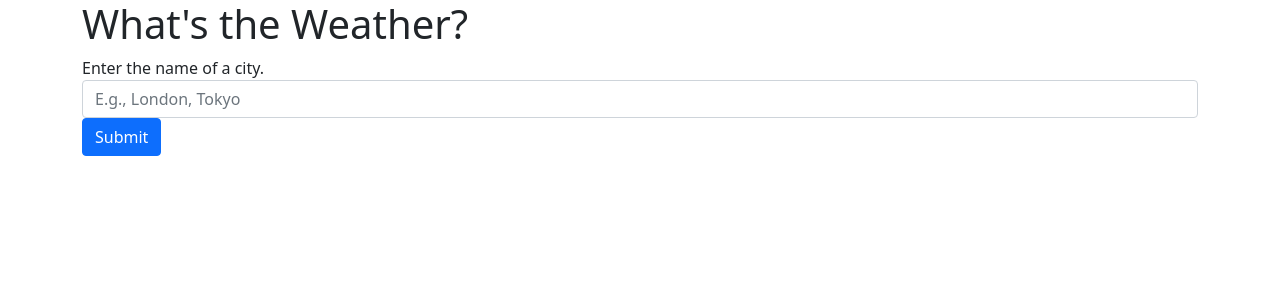
Repository: Ashwin1510/php_projectgh
Page: http://localhost/weather_scrapper.php
The author's editor kept a copy of each file at every save. The page is drawn from the files as they stood at one save, then again after a run of saves.
The browser window is 1280 px wide. The pictures show the whole page.
The page is run by PHP 8.4 with error messages shown; the project is at /var/www/html/.

Above is the page before, as saved 2022-12-15 15:21:30.

### weather_scrapper.php
<!DOCTYPE html>
<html lang="en">
<head>
    <meta charset="UTF-8">
    <meta http-equiv="X-UA-Compatible" content="IE=edge">
    <meta name="viewport" content="width=device-width, initial-scale=1.0">

    <title>weather_scrapper</title>

    <link href="https://cdn.jsdelivr.net/npm/bootstrap@5.1.3/dist/css/bootstrap.min.css"
              rel="stylesheet"
              integrity="sha384-1BmE4kWBq78iYhFldvKuhfTAU6auU8tT94WrHftjDbrCEXSU1oBoqyl2QvZ6jIW3"
              crossorigin="anonymous">

</head>
<body>

<div class="container">
            <h1>What's the Weather?</h1>
            <form>
                <fieldset class="form-group">
                    <label for="city">Enter the name of a city.</label>
                    <input type="text"
                           class="form-control"
                           name="city"
                           id="city"
                           placeholder="E.g., London, Tokyo">

                 </fieldset>
                 <button type="submit" class="btn btn-primary">Submit</button>

</body>
</html>

After the next 2 saves:
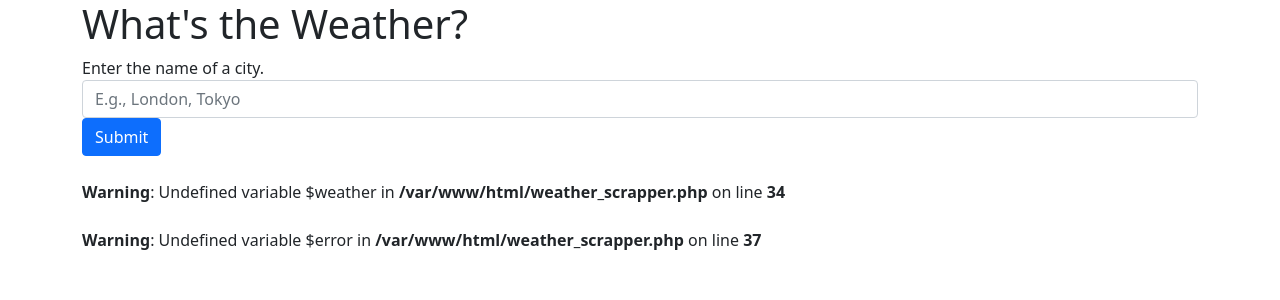
The 2 saves are shown as one change because they came seconds apart.
The last was saved 81 s later.
--- a/weather_scrapper.php
+++ b/weather_scrapper.php
@@ -29,5 +29,17 @@
                  </fieldset>
                  <button type="submit" class="btn btn-primary">Submit</button>
 
+                 <div id="weather">
+                <?php
+                    if($weather) {
+                        echo '<div class="alert alert-success" role="alert">' . $weather . '</div>';
+                    }
+                    else if($error) {
+                        echo '<div class="alert alert-danger" role="alert">' . $error . '</div>';
+                    }
+                ?>
+
+            </div>
+
 </body>
 </html>
